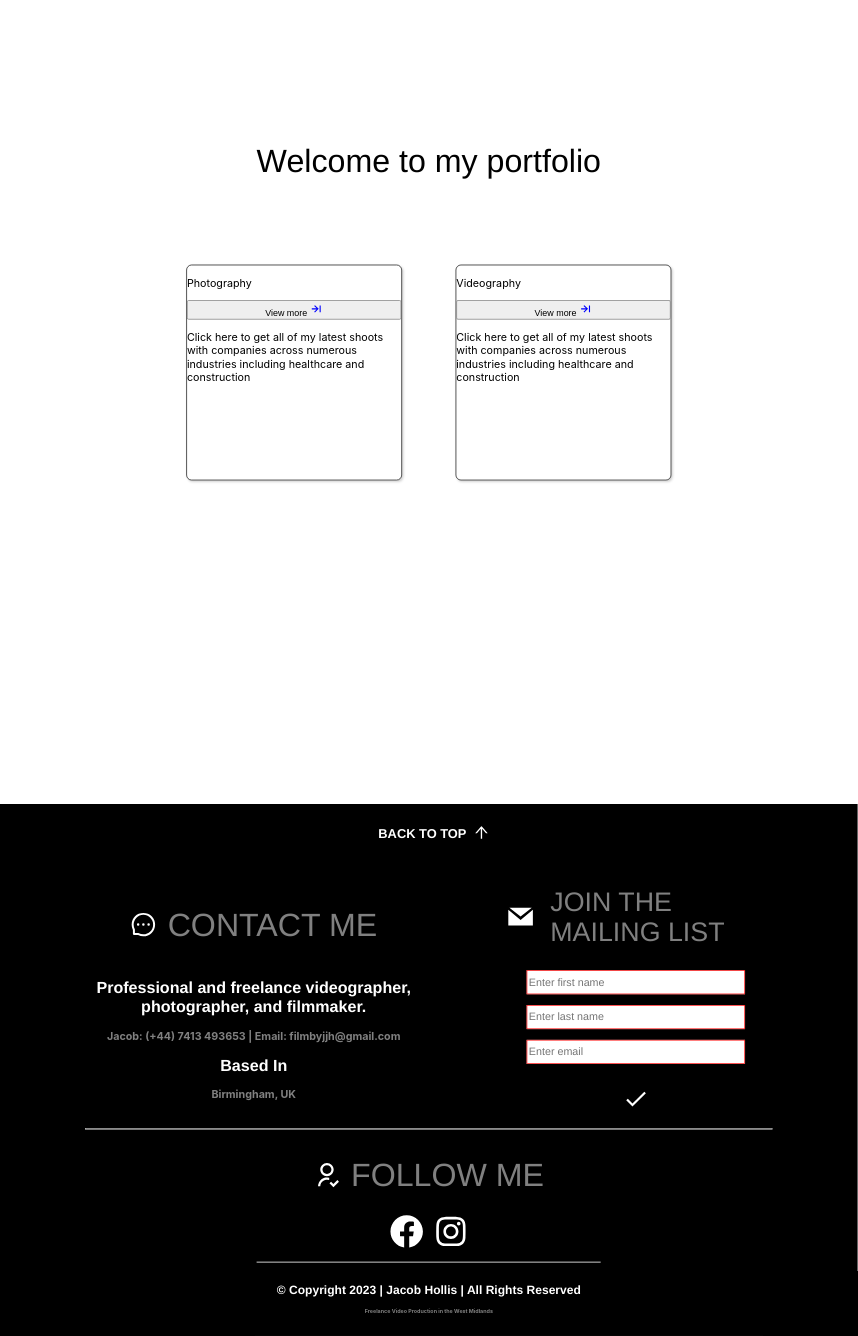
Repository: ThomasMTurner/filmbyjjh-portfolio
Page: /portfolio (app in client/)
An editor plug-in stored every save of this project. The page is shown before and after a run of saves, followed by the edit.
The browser window is 1280 px wide. The pictures show the whole page, at 67% of full size.
The project was rebuilt for these pictures with package versions that can differ from the ones it lists, and the page was loaded fresh each time. Also part of the build but not shown: client/vite.config.js, client/src/pages/Components/TagComponents.jsx, client/src/pages/Components/Post.jsx, client/src/pages/Components/SearchBar.jsx, client/src/pages/Updates.jsx, client/src/pages/Contact.jsx, client/src/pages/Components/InitialLogin.jsx, client/src/pages/Home.jsx and 2 more. Imported but missing from the stored project, and not drawn on this page: client/src/pages/Components/Videos/header.mp4, client/src/pages/Components/Videos/portfolio-reel.mp4.

Above is the page before, as saved 2023-10-20 12:47:53.

### client/public/index.html
<!DOCTYPE html>
<html lang="en">
  <head>
    <meta charset="utf-8" />
    <link rel="icon" href="%PUBLIC_URL%/favicon2.ico" />
    <meta name="viewport" content="width=device-width, initial-scale=1" />
    <meta name="theme-color" content="#000000" />
    <meta
      name="description"
      content="Web site created using create-react-app"
    />
    <link rel="apple-touch-icon" href="%PUBLIC_URL%/logo192.png" />
    <!--
      manifest.json provides metadata used when your web app is installed on a
      user's mobile device or desktop. See https://developers.google.com/web/fundamentals/web-app-manifest/
    -->
    <link rel="manifest" href="%PUBLIC_URL%/manifest.json" />
    <!--
      Notice the use of %PUBLIC_URL% in the tags above.
      It will be replaced with the URL of the `public` folder during the build.
      Only files inside the `public` folder can be referenced from the HTML.

      Unlike "/favicon.ico" or "favicon.ico", "%PUBLIC_URL%/favicon.ico" will
      work correctly both with client-side routing and a non-root public URL.
      Learn how to configure a non-root public URL by running `npm run build`.
    -->
    <title>FILM.BY.JJH</title>
  </head>
  <body>
    <noscript>You need to enable JavaScript to run this app.</noscript>
    <div id="root"></div>
    <!--
      This HTML file is a template.
      If you open it directly in the browser, you will see an empty page.

      You can add webfonts, meta tags, or analytics to this file.
      The build step will place the bundled scripts into the <body> tag.

      To begin the development, run `npm start` or `yarn start`.
      To create a production bundle, use `npm run build` or `yarn build`.
    -->
  </body>
</html>

### client/src/index.jsx
import React from 'react';
import ReactDOM from 'react-dom/client';
import './index.css';
import App from './App';
import { UserRoleProvider } from './userRoleContext';


const root = ReactDOM.createRoot(document.getElementById('root'));
root.render(
  <React.StrictMode>
    <UserRoleProvider>
      <App />
    </UserRoleProvider>
  </React.StrictMode>
);

### client/src/App.jsx
import { useLocation, useNavigate, Route, Outlet, BrowserRouter as Router, Routes} from 'react-router-dom';
import { useEffect, useState, Suspense } from 'react';
import { CSSTransition } from 'react-transition-group';
import { ColorRing } from 'react-loader-spinner';
import React from 'react';
import NavBar from "./pages/Components/Navbar"
import Footer from "./pages/Components/Footer";
import Updates from './pages/Updates';
import Contact from './pages/Contact';
import Home from './pages/Home';
import { EventHighlights, PromotionalMaterial } from './pages/Videography';
import SubNav from './pages/Components/SubNav';
import Portfolio from './pages/Portfolio';


//page to capture individual shoots or projects, want back button at top right with title

const VideoPage = () => {
  const navigate = useNavigate();
  const location = useLocation();

  useEffect(() => {
    if (location.pathname == '/video'){
      navigate('/video/event-highlights');
    }
  }, [navigate, location]);

  return (
    <div className='video-page-wrapper'>
      <div className='sideline-content'>
        <SubNav
          title="Videography Content"
          parentLink="video"
          links={{"Event highlights": "event-highlights", "Promotional material": "promotional-material", "Drone footage": "my-first-highlight-reel" }}
          subLinks={{'event highlights': {"Shoots": {"Atlas Gym": "/video/links/atlas-gym"}, "Individual projects":{}}}}
          className='subnav'
        />
        <p className='sideline-content-text'>Welcome to the videography page, you can view all of my highlighted video projects on the right by scrolling. You can also look into each project by clicking on the button inside the caption. </p>
      </div>

      <div className='page-content-wrapper'>
        <Routes>
          <Route path="/event-highlights" element={<EventHighlights />} />
          <Route path="/promotional-material" element={<PromotionalMaterial />} />
        </Routes>
      </div>
    </div>
  );
};




const PhotoPage = () => {
    const navigate = useNavigate();
    const location = useLocation();

    useEffect(() => {
      if (location.pathname == '/video'){
        navigate('/video/event-highlights');
      }
    }, [navigate, location]);

    return (
      <div className='photo-page-wrapper'>
        <SubNav
          title="Photography Content"
          parentLink="photo"
          links={{}}
        />
        <Routes>
          <Route path="/" element={<EventHighlights />} />
        </Routes>
      </div>
    );

}


const LoadingPage = () => {
  return (
    <div className='loading-page'>
      <ColorRing
        className='loading-spinner'
        visible={true}
        height="100"
        width="100"
        ariaLabel="blocks-loading"
        wrapperStyle={{}}
        wrapperClass="blocks-wrapper"
        colors={['#000000', '#808080', '#C0C0C0', '#808080', '#000000']}
    />

      <p>Loading, please wait...</p>
    </div>
  )
}


const Layout = () => {
  const [showFooter, setShowFooter] = useState(false);

  useEffect(() => {
    const handleScroll = () => {
      const content = document.getElementById('content');
      if (content) {
        const scrollOffset = content.offsetHeight - document.documentElement.clientHeight;
        setShowFooter(window.pageYOffset >= scrollOffset);

      }
    };

    window.addEventListener('scroll', handleScroll);

    return () => {
      window.removeEventListener('scroll', handleScroll);
    };
  }, []);


      return (
        <div className='layout-wrapper'>
          <CSSTransition
           in={!showFooter}
           timeout={300}
           classNames='nav-transition'
           unmountOnExit>
            <NavBar id='nav' />
          </CSSTransition>
          <div id="content">
            <Outlet/>
          </div>
          <Footer/>
        </div>
      );
    };

/*
Notes for later:


*/


export default function App() {
  return (
    <div className="App">
      <Router>
        <Suspense fallback={<LoadingPage />} timeout={200}>
          <Routes>
            <Route path="/" element={<Layout />}>
              <Route index element={<Home />} />
              <Route path="/updates" element={<Updates />} />
              <Route path="/contact" element={<Contact />} />
              <Route path="/portfolio" element={<Portfolio/>} />
                <Route path="/portfolio/video/*" element={<VideoPage />} />
                <Route path="/portfolio/photo/*" element={<PhotoPage />} />
            </Route>
          </Routes>
        </Suspense>
      </Router>
    </div>
  );
}

### client/src/userRoleContext.jsx
import {useState, createContext} from 'react';

export const UserRoleContext = createContext();

export const UserRoleProvider = ({children}) => {
    const [userRole, setUserRole] = useState(null);
    return (
        <UserRoleContext.Provider value ={{userRole, setUserRole}}>
            {children}
        </UserRoleContext.Provider>
    );
};

### client/src/pages/Components/Navbar.jsx
import './main_styles.css'
import JacobLogo from './Images/jacob-logo.jpg';
import { useState, useEffect } from 'react';
import { NavLink } from 'react-router-dom';
import { motion } from 'framer-motion';
import Hamburger from 'hamburger-react';
import { CSSTransition } from 'react-transition-group';
import classNames from 'classnames';
import {BiSolidRightArrow} from 'react-icons/bi';



function DropDownMenu(props) {
  const isMobileNav = props.isMobileNav;

  const mobileContainer = {
    hidden: {
      opacity:0,
      y: -10
    },
    show: {
      opacity: 1,
      transition: {
        staggerChildren: 0.2,
        duration: 0.5
      },
      y:0
    }
  }

  const mobileItem = {
    hidden: {
      opacity: 0,
      y: -10
    },
    show: {
      opacity: 1,
      y: 0

    }
  }

  if (isMobileNav){
  return (
  <motion.div
    variants = {mobileContainer}
    initial = "hidden"
    animate = "show"
            >

        <ul className='test-sub-menu' onMouseLeave={() => (!isMobileNav) && props.setVideoSubMenu(false)}>
          {Object.entries(props.links).map(([key, value], index) => (
            <motion.div
                        whileHover={{x:5}}
                        transition={{type:"string", duration:0.2, stiffness:300, damping:50}}
                        initial= "hidden"
                        animate= "show"
                        variants={mobileItem}
                        >
              <li>

                <NavLink
                  exact
                  to={value}
                  className={({ isActive }) => (isActive ? 'active-sub-nav-item' : 'sub-nav-item')}
                  key={index}
                >
                  {key}
                </NavLink>
              </li>
            </motion.div>
          ))}
        </ul>
    </motion.div>

  );
   }
  else {
    return (
      <motion.div initial={{x:200, y:-65, opacity:0}}
                  animate ={{y:-55, opacity:1}}
                  transition={{type:"string", duration:0.2, stiffness:300, damping:50}}>
        <ul className='test-sub-menu' onMouseLeave={() => (!isMobileNav) && props.setVideoSubMenu(false)}>
          {Object.entries(props.links).map(([key, value], index) => (
            <motion.div transition={{type:"string", duration:0.2, stiffness:300, damping:50}}>
              <li>
                <NavLink
                  exact
                  to={value}
                  className={({ isActive }) => (isActive ? 'active-sub-nav-item' : 'sub-nav-item')}
                  key={index}
                >
                  {key}
                </NavLink>
              </li>
            </motion.div>
          ))}
        </ul>
      </motion.div>
    )
  }
}





export default function NavBar() {
    const [isToggled, setToggled] = useState(false);
    const [isMobileNav, setMobileNav] = useState(false);
    const [VideoSubMenu, setVideoSubMenu] = useState(false);
    const [dimensions, setDimensions] = useState({width:null, height:null})
    const [dropDownOpener, setDropDownOpener] = useState('+');


    const handleToggle = () => {
      setToggled(!isToggled);
    }


    function useDimensions() {
      useEffect(() => {
        const handleDimensions = () => {
          setDimensions({ width: window.innerWidth, height: window.innerHeight });
        };
        window.addEventListener("resize", handleDimensions);
        handleDimensions();
        return () => window.removeEventListener("resize", handleDimensions);
      }, []);
    }

    function useResize() {
      useEffect(() => {
        const handleResize = () => {
          const width = window.innerWidth;
          setMobileNav(width <= 768);
          setToggled(!isMobileNav)
        };

        window.addEventListener("resize", handleResize);
        handleResize();
        return () => window.removeEventListener("resize", handleResize);
      }, []);
    }




    const logoClasses = classNames({
      'main-logo-wrapper': true,
      'logo-reposition': isMobileNav
    })


    const handleMobileDropDownClick = () => {
      setVideoSubMenu(!VideoSubMenu);
      if (dropDownOpener == '+'){
        setDropDownOpener('-');
      }
      else{
        setDropDownOpener('+');
      }
    }



    useDimensions()
    useResize()



    return (

    <div className="app-wrapper">
      <nav className='Navigation'>
        <div className={logoClasses}>
          <img src={JacobLogo} className="main-logo" alt="Jacob's Logo"/>
        </div>
        <button onClick={() => handleToggle()} className="hamburger-menu-icon">
          <Hamburger toggled={isToggled} toggle={setToggled} size={30} color={"white"} />
        </button>
          {isToggled &&

              <ul className="nav-wrapper">
                <li>
                  <NavLink exact to="/" className={({ isActive }) => (isActive ? 'active-nav-item' : 'nav-item')}>Home</NavLink>
                </li>
                <li>
                  <NavLink exact to="/updates" className={({ isActive }) => (isActive ? 'active-nav-item' : 'nav-item')}>Updates</NavLink>
                </li>
                <li onMouseEnter={() => (!isMobileNav) && setVideoSubMenu(true)} onMouseLeave ={() => (!isMobileNav) && setVideoSubMenu(false)}>
                  <NavLink exact to="/portfolio" className={({ isActive }) => (isActive ? 'active-nav-item' : 'nav-item')}>Portfolio</NavLink>
                  {isMobileNav && <button className='drop-down-mobile-button' onClick={() => handleMobileDropDownClick()}> {dropDownOpener} </button>}
                  {VideoSubMenu && (
                    <DropDownMenu
                      VideoSubMenu={VideoSubMenu}
                      setVideoSubMenu={setVideoSubMenu}
                      isMobileNav={isMobileNav}
                      links={{ 'Home': '/portfolio', 'Videography': '/portfolio/video', 'Photography': '/portfolio/photo' }}
                    />

  )}
                </li>
                <li>
                  <NavLink exact to="/contact" className={({ isActive }) => (isActive ? 'active-nav-item' : 'nav-item')}>Contact</NavLink>
                </li>
              </ul>


          }

      </nav>
    </div>

    );

  }

### client/src/pages/Portfolio.jsx
import { useNavigate } from 'react-router-dom';
import { BiArrowToRight } from 'react-icons/bi';

const PortfolioCard = (props) => {
    const navigate = useNavigate();
    return (
        <div className='portfolio-card'>
            <p>{props.title}</p>
            <button type="button" onClick={() => navigate(`/portfolio/${props.title.toLowerCase().slice(0, 5)}`)}>View more <BiArrowToRight color={'blue'} size={20} /></button>
            <p>{props.desc}</p>
        </div>
    )
}
export default function Portfolio() {
    return(
        <div style={{display:'flex', flexDirection:'column', justifyContent:'center', alignItems:'center', width:'100%', gap:'5rem', minHeight:'75rem', position:'relative', bottom:'10rem'}}>
            <p style={{fontFamily:'helvetica', fontWeight:'200', fontSize:'3rem'}}>Welcome to my portfolio</p>
            <div style={{display:'flex', flexDirection:'row', justifyContent:'center', alignItems:'center', width:'100%', gap:'5rem'}}>
                <PortfolioCard title="Photography" desc="Click here to get all of my latest shoots with companies across numerous industries including healthcare and construction" />
                <PortfolioCard title="Videography" desc="Click here to get all of my latest shoots with companies across numerous industries including healthcare and construction" />
            </div>
        </div>
    )
}

### client/src/pages/Components/ScrollButton.jsx
import './main_styles.css';
import { useState } from 'react';
import {AiOutlineArrowUp} from 'react-icons/ai';

export default function ScrollButton () {
    const [iconActive, setIconActive] = useState(false);
    const handlePress = () => {
        window.scrollTo({top:0, left:0, behavior:"smooth"});
    }

    const handleIconState = () => {
        setIconActive(!iconActive);
    }

    const handleIconColour = () => {
        if (iconActive) {
            return 'gray';
        }
        else {
            return 'white';
        }
    }


    return (
        <div className='scroll-button-wrapper' onMouseEnter={handleIconState} onMouseLeave={handleIconState}>
            <button onClick={handlePress} className='scroll-button'>BACK TO TOP
            <AiOutlineArrowUp width='200' height='200' color={handleIconColour()} className='scroll-icon'/>
            </button>

        </div>
    );
}

Loaded but not shown: client/src/index.css (common file); client/src/pages/Components/main_styles.css (2531 lines, source omitted); client/src/pages/Components/Footer.jsx (238 lines, source omitted)

After the next 2 saves:
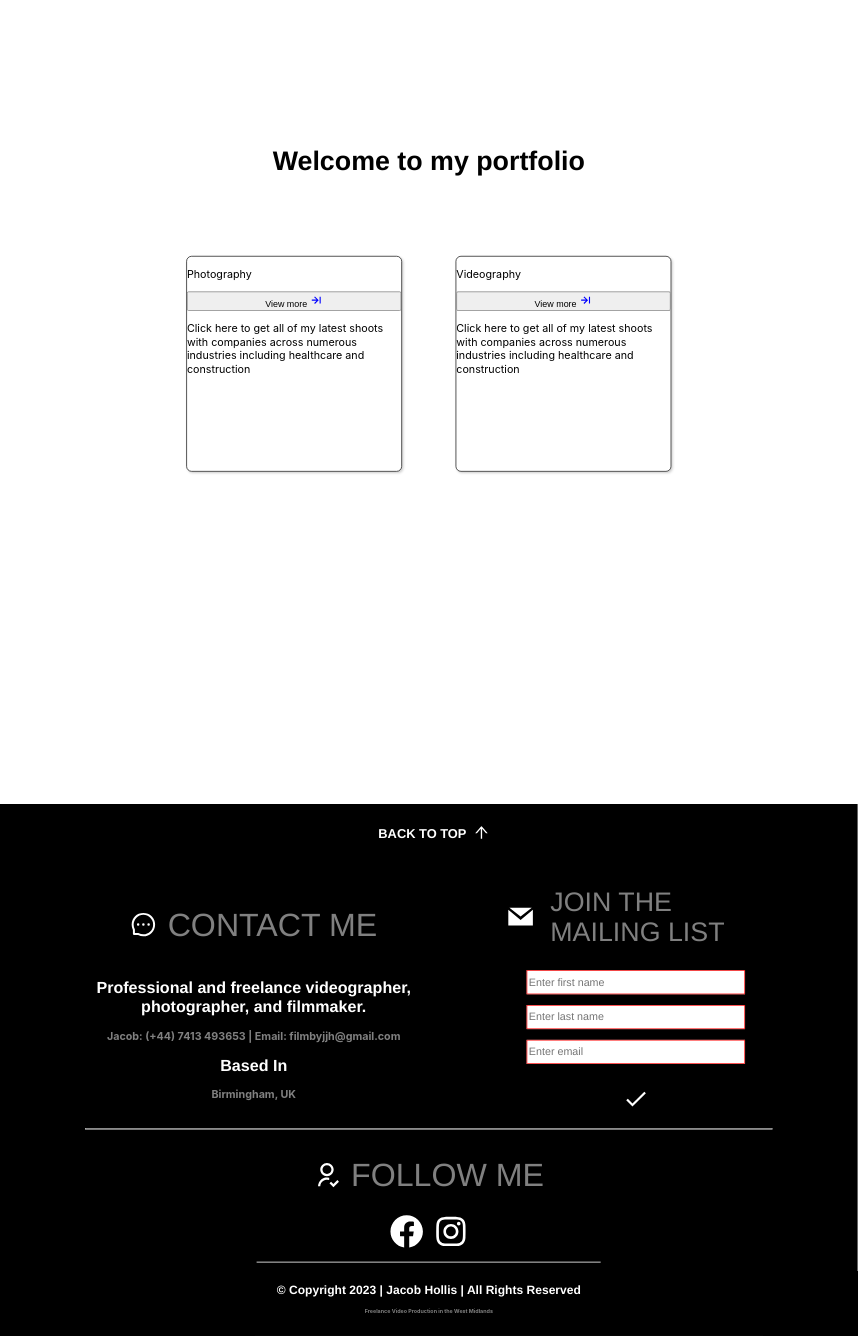
The 2 saves are shown as one change because they came seconds apart.
The last was saved 9 s later.
--- a/client/src/pages/Portfolio.jsx
+++ b/client/src/pages/Portfolio.jsx
@@ -14,7 +14,7 @@ const PortfolioCard = (props) => {
 export default function Portfolio() {
     return(
         <div style={{display:'flex', flexDirection:'column', justifyContent:'center', alignItems:'center', width:'100%', gap:'5rem', minHeight:'75rem', position:'relative', bottom:'10rem'}}>
-            <p style={{fontFamily:'helvetica', fontWeight:'200', fontSize:'3rem'}}>Welcome to my portfolio</p>
+            <p style={{fontFamily:'helvetica', fontWeight:'bold', fontSize:'2.5rem'}}>Welcome to my portfolio</p>
             <div style={{display:'flex', flexDirection:'row', justifyContent:'center', alignItems:'center', width:'100%', gap:'5rem'}}>
                 <PortfolioCard title="Photography" desc="Click here to get all of my latest shoots with companies across numerous industries including healthcare and construction" />
                 <PortfolioCard title="Videography" desc="Click here to get all of my latest shoots with companies across numerous industries including healthcare and construction" />
